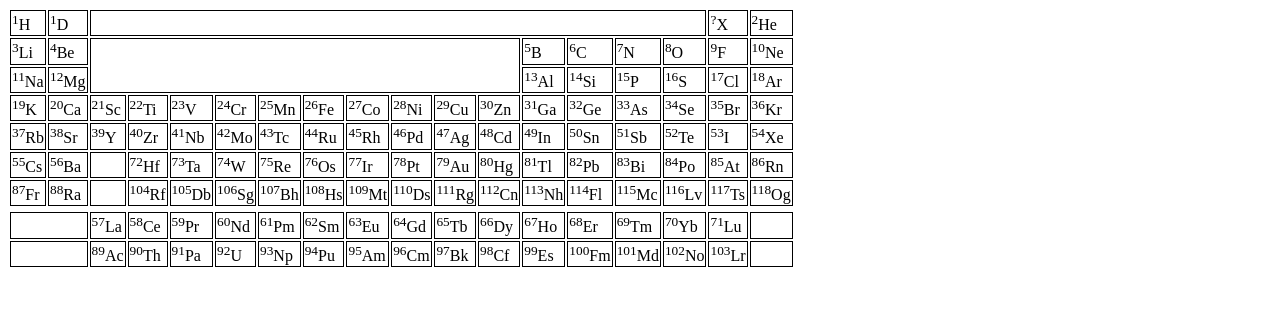
Repository: punitbathija/Placement-Assitance-iNeuron
Page: periodicTable.html
The author's editor kept a copy of each file at every save. The page is drawn from the files as they stood at one save, then again after the next save.
The browser window is 1280 px wide. The pictures show the whole page.

Above is the page before, as saved 2023-05-22 17:46:34.

After the next save:
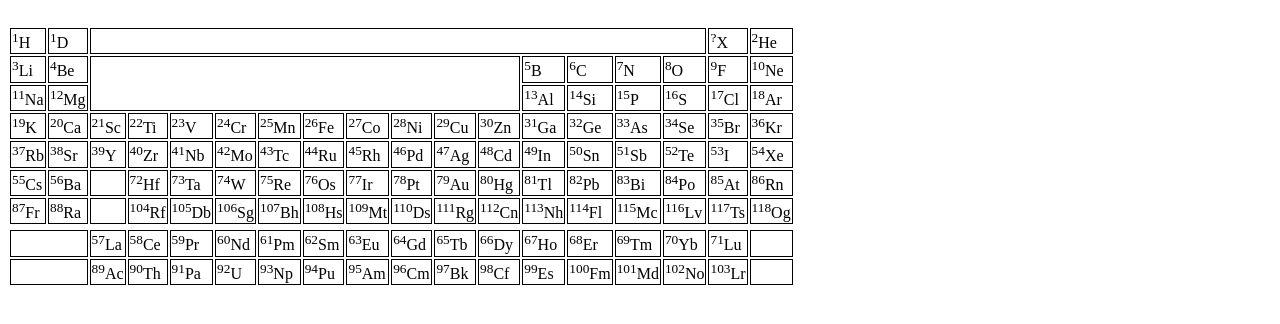
Saved 66 s later.
--- a/periodicTable.html
+++ b/periodicTable.html
@@ -126,6 +126,7 @@
         <td class="empty" colspan="18"></td>
       </tr>
       <tr>
+        <br />
         <td class="element empty" colspan="2"></td>
         <td class="element La" ="Lanthanum"><sup>57</sup>La</td>
         <td class="element Ce" ="Cerium"><sup>58</sup>Ce</td>
